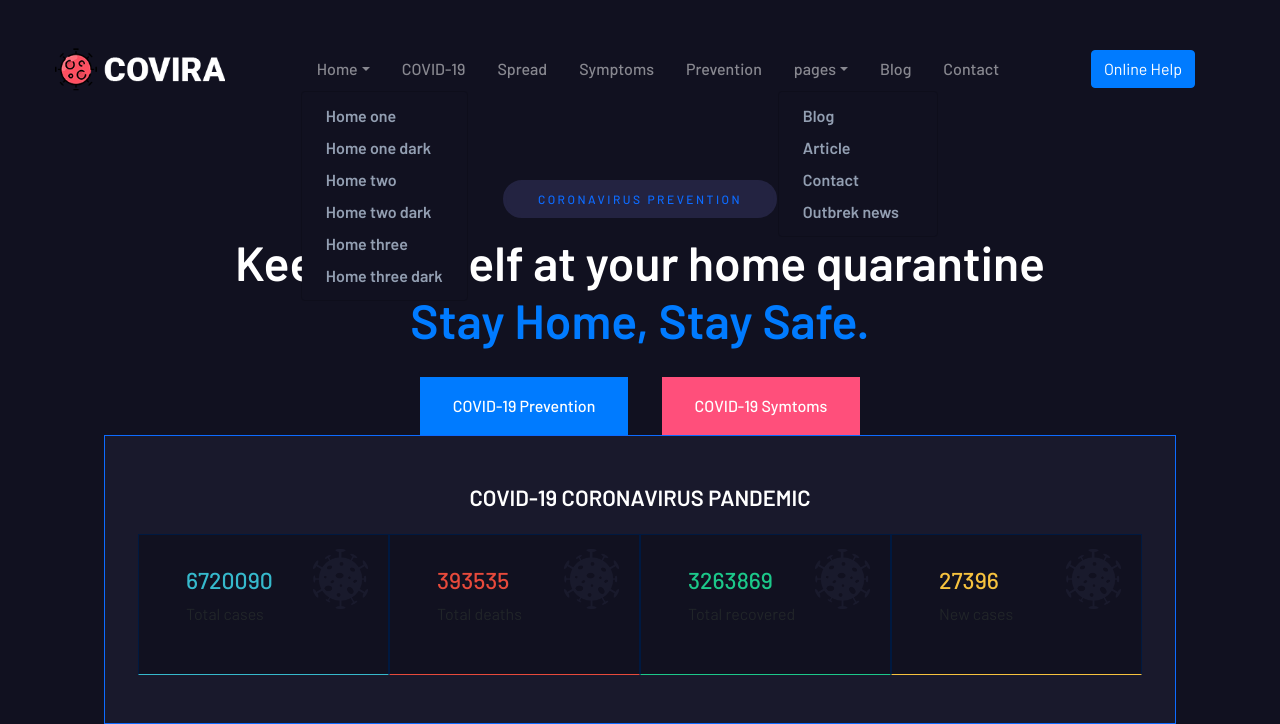
Repository: sitikhusushan/corona_updates
Page: index.html
The author's editor kept a copy of each file at every save. The page is drawn from the files as they stood at one save, then again after the next save.
The browser window is 1280 px wide. The pictures show the whole page.

Above is the page before, as saved 2020-06-06 11:50:49.

After the next save:
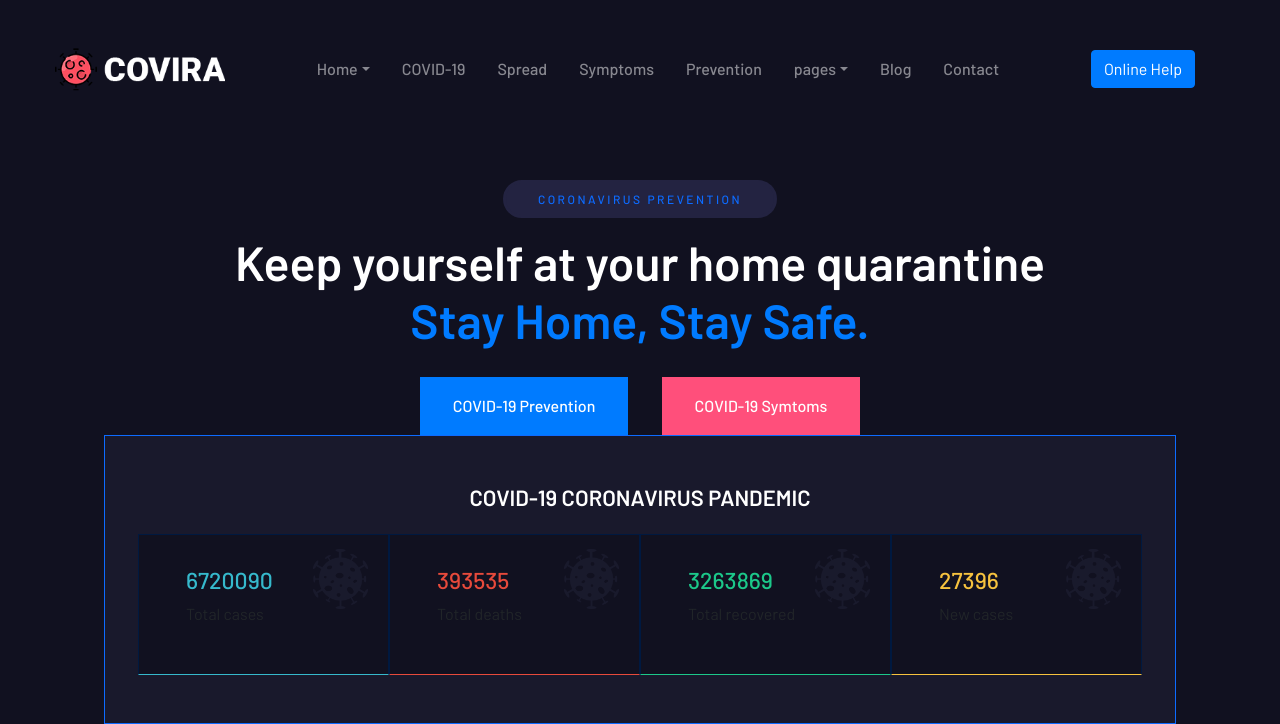
Saved 31 s later.
--- a/style.css
+++ b/style.css
@@ -29,7 +29,7 @@ body {
 }
 
 .dropdown-menu {
-  display: inline-block;
+  display: none;
   position: absolute;
   background-color: #111120;
   z-index: 1;
